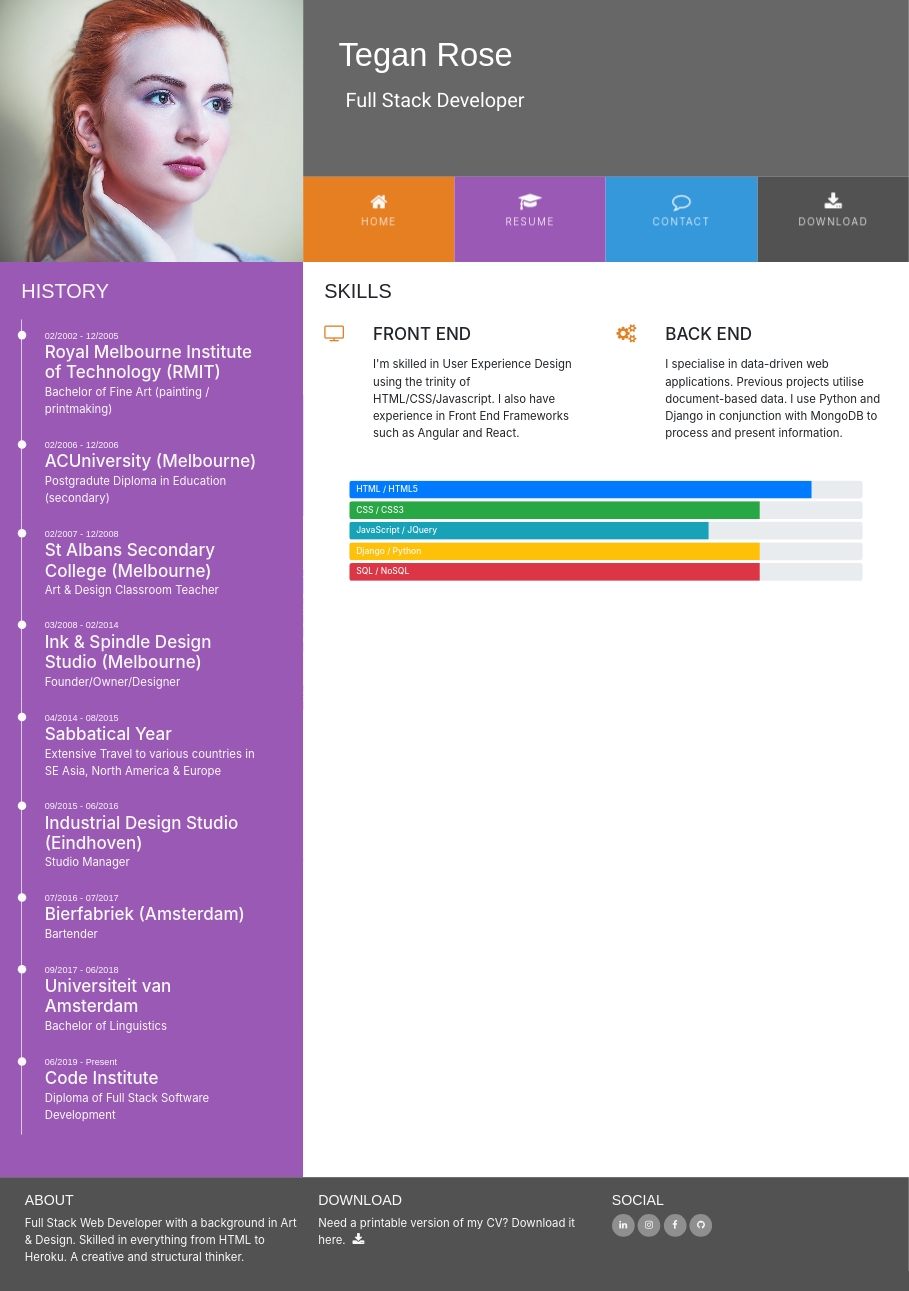
Repository: TSRose/Resume
Page: resume.html
The author's editor kept a record of every edit. The page is drawn from the files as they stood at one moment, then again after the next edit.
The browser window is 1280 px wide. The pictures show the whole page, at 71% of full size.

Above is the page before.

After the next edit:
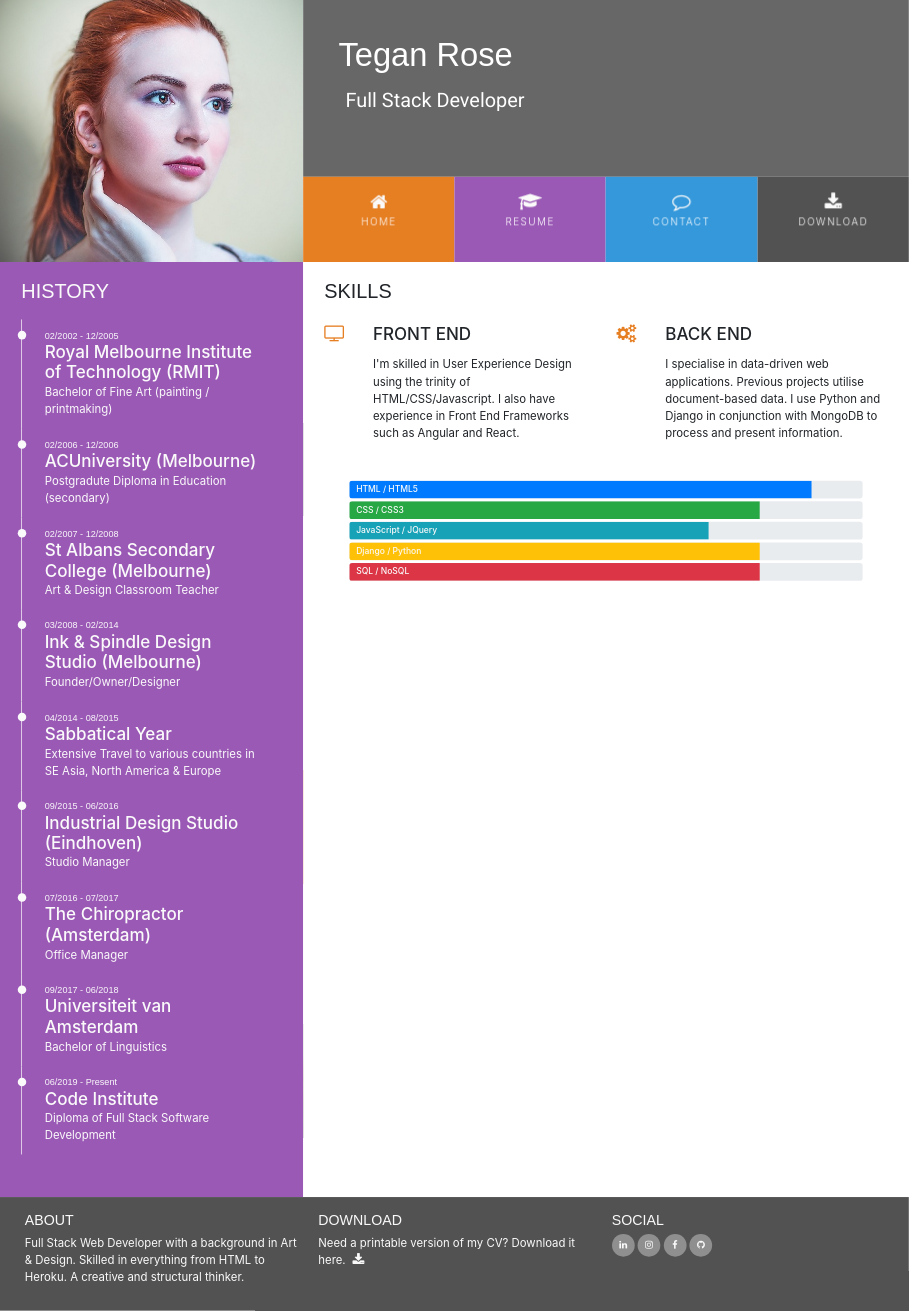
The edit:
--- a/resume.html
+++ b/resume.html
@@ -82,8 +82,8 @@
                         <p>Studio Manager</p>
                     </div>
                     <div class="timeline-item" data-dates="07/2016 - 07/2017">
-                        <h4>Bierfabriek (Amsterdam)</h4>
-                        <p>Bartender</p>
+                        <h4>The Chiropractor (Amsterdam)</h4>
+                        <p>Office Manager</p>
                     </div>
                     <div class="timeline-item" data-dates="09/2017 - 06/2018">
                         <h4>Universiteit van Amsterdam</h4>
